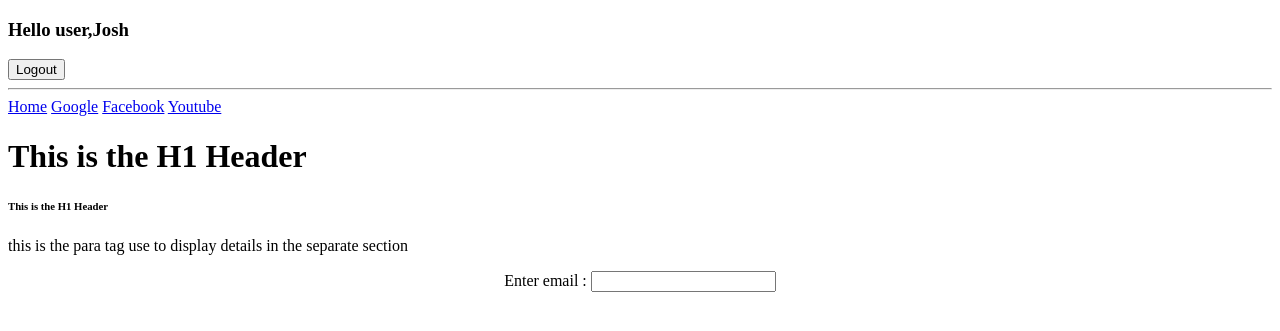
Repository: devandevare/Java
Page: Adv Java/Projects/first-web-app/src/main/webapp/demo.html
An editor plug-in stored every save of this project. The page is shown before and after the next save, followed by the edit.
The browser window is 1280 px wide. The pictures show the whole page.

Above is the page before, as saved 2022-09-25 05:49:02.

After the next save:
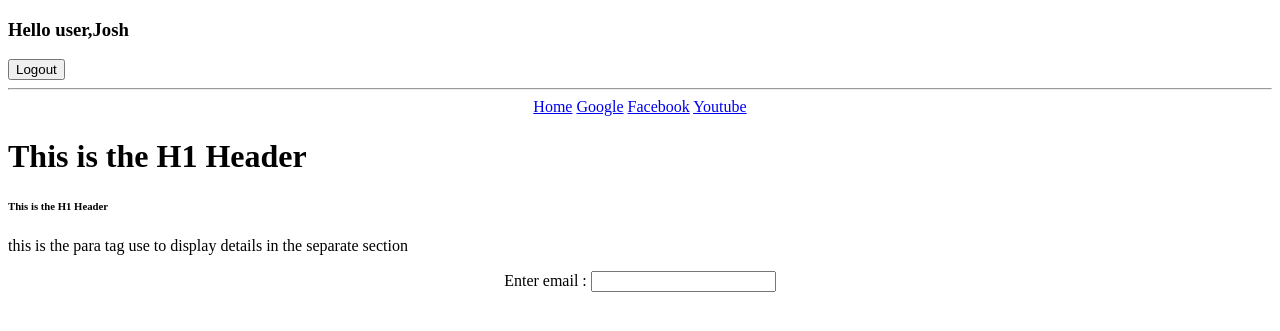
Saved 8 s later.
--- a/Adv Java/Projects/first-web-app/src/main/webapp/demo.html
+++ b/Adv Java/Projects/first-web-app/src/main/webapp/demo.html
@@ -10,7 +10,7 @@
 			<button>Logout</button>
 		</div>
 		<hr>
-	<div aling="center">
+	<div align="center">
 	<a href="#">Home</a>
 	<a href="https://www.google.com">Google</a>
 	<a href="https://ww.facebook.com">Facebook</a>
